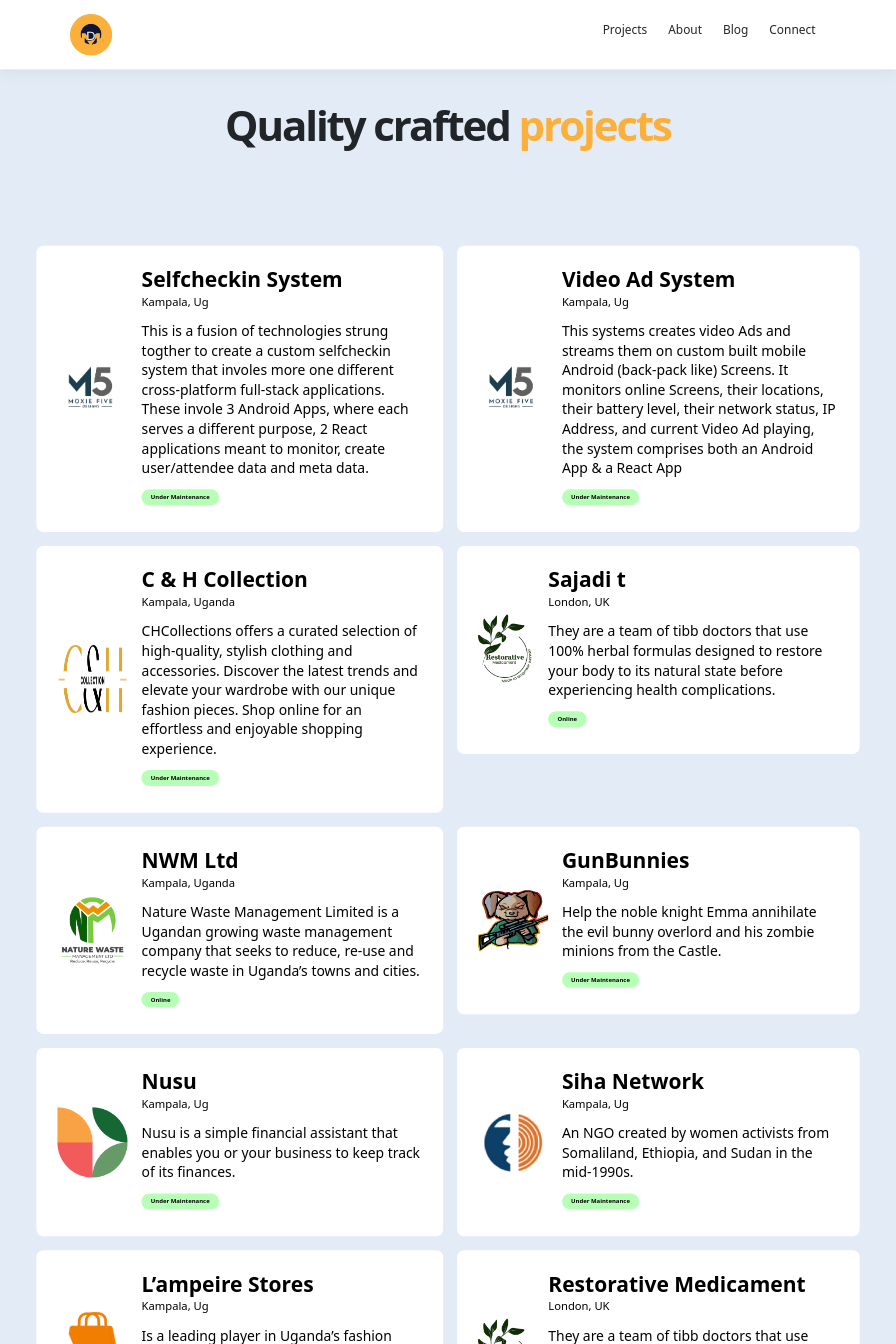
Repository: kaizoku010/firebrand
Page: /apps
These files come from the project's save history. The page is drawn as it stood at one moment and after the next save; the edit follows.
The browser window is 1280 px wide. The pictures show the part of the page from y = 0 to 1920 px (the page is 3921 px tall), at 70% of full size.
The project was rebuilt for these pictures with package versions that can differ from the ones it lists, and the page was loaded fresh each time. Also part of the build but not shown: vite.config.js, src/update/homescreen.css, src/update/homescreen.js, src/update/blog.css, src/update/blog.js, src/update/connect.css, src/update/connect.js. Imported but missing from the stored project, and not drawn on this page: src/update/about.js.

Above is the page before, as saved 2024-05-27 15:52:12.

### public/index.html
<!DOCTYPE html>
<html lang="en">
  <head>
    <meta charset="utf-8" />
    <link rel="icon" href="%PUBLIC_URL%/logo.ico" />
    <meta name="viewport" content="width=device-width, initial-scale=1" />
    <meta name="theme-color" content="#000000" />
    <meta
      name="description"
      content="Welcome to Firebrand, Home of Dixon Muneza"
    />
    <link rel="apple-touch-icon" href="%PUBLIC_URL%/logo.png" />
    <!--
      manifest.json provides metadata used when your web app is installed on a
      user's mobile device or desktop. See https://developers.google.com/web/fundamentals/web-app-manifest/
    -->
    <link rel="manifest" href="%PUBLIC_URL%/manifest.json" />
    <!--
      Notice the use of %PUBLIC_URL% in the tags above.
      It will be replaced with the URL of the `public` folder during the build.
      Only files inside the `public` folder can be referenced from the HTML.

      Unlike "/favicon.ico" or "favicon.ico", "%PUBLIC_URL%/favicon.ico" will
      work correctly both with client-side routing and a non-root public URL.
      Learn how to configure a non-root public URL by running `npm run build`.
    -->
    <title>Dixon Muneza</title>
    <!-- Global site tag (gtag.js) - Google Analytics -->
<script async src="https://www.googletagmanager.com/gtag/js?id=G-C8GX9VTJ6W"></script>
<script>
  window.dataLayer = window.dataLayer || [];
  function gtag(){dataLayer.push(arguments);}
  gtag('js', new Date());

  gtag('config', 'G-C8GX9VTJ6W');
</script>
  </head>
  <body>
    <noscript>You need to enable JavaScript to run this app.</noscript>
    <div id="root"></div>
    <!--
      This HTML file is a template.
      If you open it directly in the browser, you will see an empty page.

      You can add webfonts, meta tags, or analytics to this file.
      The build step will place the bundled scripts into the <body> tag.

      To begin the development, run `npm start` or `yarn start`.
      To create a production bundle, use `npm run build` or `yarn build`.
    -->
  </body>
</html>

### src/App.css
body {
  -webkit-font-smoothing: antialiased;
  background-color: #f3f6f8;
  margin-top: 0px;
  font-family:  ui-sans-serif,system-ui,-apple-system,BlinkMacSystemFont,Segoe UI,Roboto,Helvetica Neue,Arial,Noto Sans,sans-serif,apple color emoji,segoe ui emoji,Segoe UI Symbol,noto color emoji;
;
}

.content{
display: none !important;
}

a {
  text-decoration: none;
  color: #5747ff !important;
}

@media only screen and (max-width: 900px) {
  .holder__ {
    text-align: center;
    padding: 20px;
  }
}

.thumb-lg {
  height: 88px;
  width: 88px;
}
.profile-user-box {
  position: relative;
  border-radius: 5px;
}
.bg-custom {
  /*background-color: #02c0ce !important;  */
  background-color: #02191b !important;
  /* 02191b */
}
.profile-user-box {
  position: relative;
  border-radius: 5px;
}

.card-box {
  padding: 20px;
  position: sticky;
  border-radius: 3px;
  margin-bottom: 30px;
  z-index: 1;
  top: 0;
  background-color: #fff;
}
.inbox-widget .inbox-item img {
  width: 40px;
}

.inbox-widget .inbox-item {
  border-bottom: 1px solid #f3f6f8;
  overflow: hidden;
  padding: 10px 0;
  position: relative;
}

.inbox-widget .inbox-item .inbox-item-img {
  display: block;
  float: left;
  margin-right: 15px;
  width: 40px;
}

.inbox-widget .inbox-item img {
  width: 40px;
}

.inbox-widget .inbox-item .inbox-item-author {
  color: #313a46;
  display: block;
  margin: 0;
}

.inbox-widget .inbox-item .inbox-item-text {
  color: #98a6ad;
  display: block;
  font-size: 14px;
  margin: 0;
}

.inbox-widget .inbox-item .inbox-item-date {
  color: #98a6ad;
  font-size: 11px;
  position: absolute;
  right: 7px;
  top: 12px;
}

.comment-list .comment-box-item {
  position: relative;
}

.comment-list .comment-box-item .commnet-item-date {
  color: #98a6ad;
  font-size: 11px;
  position: absolute;
  right: 7px;
  top: 2px;
}

.comment-list .comment-box-item .commnet-item-msg {
  color: #313a46;
  display: block;
  margin: 10px 0;
  font-weight: 400;
  font-size: 15px;
  line-height: 24px;
}

.comment-list .comment-box-item .commnet-item-user {
  color: #98a6ad;
  display: block;
  font-size: 14px;
  margin: 0;
}

.comment-list a + a {
  margin-top: 15px;
  display: block;
}

.ribbon-box .ribbon-primary {
  background: #2d7bf4;
}

.ribbon-box .ribbon {
  position: relative;
  float: left;
  clear: both;
  padding: 5px 12px 5px 12px;
  margin-left: -30px;
  margin-bottom: 15px;
  font-family: Rubik, sans-serif;
  -webkit-box-shadow: 2px 5px 10px rgba(49, 58, 70, 0.15);
  -o-box-shadow: 2px 5px 10px rgba(49, 58, 70, 0.15);
  box-shadow: 2px 5px 10px rgba(49, 58, 70, 0.15);
  color: #fff;
  font-size: 13px;
}
.text-custom {
  color: #949797 !important;
}

.badge-custom {
  background: #02c0ce;
  color: #fff;
}
.badge {
  font-family: Rubik, sans-serif;
  -webkit-box-shadow: 0 0 24px 0 rgba(0, 0, 0, 0.06),
    0 1px 0 0 rgba(0, 0, 0, 0.02);
  box-shadow: 0 0 24px 0 rgba(0, 0, 0, 0.06), 0 1px 0 0 rgba(0, 0, 0, 0.02);
  padding: 0.35em 0.5em;
  font-weight: 500;
}
.text-muted {
  color: #98a6ad !important;
}
project_list
.font-13 {
  font-size: 13px !important;
}

.fire-text {
  text-align: justify;
}

@media screen and (max-width: 800px) {
  .card-box {
    padding: 20px !important;
    position: sticky;
    border-radius: 3px;
    margin-bottom: 30px;
    z-index: 1;
    top: 0;
    background-color: #fff;
  }
}


.main-color{
  color: #fbb03b;
}

### src/update/header.css
header_div {
    padding: 0;
    margin: 0;
    box-sizing: border-box;
    font-family: sans-serif;
    text-decoration: none;
    list-style: none;
  }


  .name_logo{
    display:none;
  }

  .header {
    position: sticky;
    top: 0;
    grid-area: header;
    width: 100%;
    box-shadow: 0 4px 20px hsla(207, 24%, 35%, 0.1);
    background-color: white;
    z-index: 2;
  }

  .email-ic{
    width:38px;
  }

  nav {
    display: flex;
    justify-content: space-between;
    align-items: center;
    padding: 20px 100px;
  }

  .logo a {
    font-size: 24px;
    font-weight: bold;
    color: #fff;
  }

  .logo a span {
    color: #8739fa;
  }


  .menu {
    display: flex;
    list-style:none;
    justify-content: center;
    align-items: center;
  }

  .menu a {
    display: block;
    padding: 7px 15px;
    font-size: 17px;
    font-weight: 500;
    transition: 0.2s all ease-in-out;
    color: #fff;
  }

  .menu:hover a {
    opacity: 0.4;
  }

  .menu a:hover {
    opacity: 1;
    color: #fff;
  }

  .menu-icon {
    display: none;
  }

  #menu-toggle {
    display: none;
  }

  #menu-toggle:checked ~ .menu {
    transform: scale(1, 1);
  }

  @media only screen and (max-width: 950px) {
    .menu {
      flex-direction: column;
      background-color: white;
      align-items: start;
      position: absolute;
      top: 82px;
      left: 0;
      width: 100%;
      z-index: 1;
      padding-left: 10px;
      transform: scale(1, 0);
      transform-origin: top;
      transition: transform 0.3s ease-in-out;
      box-shadow: rgba(0, 0, 0, 0.15) 1.95px 1.95px 2.6px;
    }

    nav {
      display: flex;
      justify-content: space-between;
      align-items: center;
      padding: 18px 30px;
  }

    .name_logo{
        display:none;
      }

    .menu a {
      margin-left: 12px;
    }

    .menu li {
      margin-bottom: 10px;
    }

    .menu-icon {
      display: block;
      color: black;
      font-size: 28px;
      cursor: pointer;
    }
    /* my logo */

  .fireband-logo{
    width: 50px !important;

  }
  }



  .fireband-logo{
    width: 60px;
  }


  .header a {
    color:#212529 !important
      }
    .header a:hover {
        color:#fbb03b !important;
    }

### src/update/appsPage.css
.appsHolder {
  background-color: #e3ecf6 !important;
  padding-right: 1.5em;
  padding-left: 1.5em;
}

.appsHeading {
  text-align: center;
  font-size: 3.75em;
  line-height: 1;
  margin-bottom: 4rem;
  font-weight: 700;
  letter-spacing: -0.05em !important;
  padding: 50px;
}

.sites-holder {
  place-content: center !important;
}

.apps-span {
  color: #fbb03b;
}

.sites {
  display: flex;
  gap: 50px;
  place-content: center !important;
}

.top-element:hover {
  box-shadow: 0 4px 8px 0 rgba(0, 0, 0, 0.2), 0 4px 20px 0 rgba(0, 0, 0, 0);
  transition: 0.75rem;
}

.top-element {
  cursor: pointer;
  width: -moz-fit-content;
  width: fit-content;
  background-color: white;
  display: flex;

  padding: 30px;
  border-radius: 10px;
  flex-direction: row;
}

.site-title {
  font-size: 1.875rem;
  line-height: 2.25rem;
  color: black;
  font-weight: 700;
  margin-bottom: 0.125rem;
}

.site-title:hover {
  color: #f2b44d;
}

.site-logo {
  width: 100px;
  align-self: center;
  height: 100px;
  border-radius: 0px;
}

.site-text-holder {
  display: flex;
  padding-left: 20px;
  flex-direction: column;
}

.site-desc {
  font-size: 1.24rem;
  font-weight: 400;
  color:black !important;
  line-height: 1.75rem;
}
.chip{
  background-color: rgb(127 255 127 / 56%) !important;

}

.chip-layout {
  display: flex;
  gap: 12px;
}
.sites-list {
  display: grid;
  grid-template-columns: repeat(2, auto);
  grid-template-rows: auto;
  padding: 1%;
  gap: 20px;
  list-style-type: none;
  margin: 1rem;
  height: -webkit-max-content;
  height: max-content;
}

/* mobile view */



@media only screen and (max-width: 950px) {
  .sites-list {
    display: grid;
    grid-template-columns: repeat(1, auto);
    grid-template-rows: auto;
    padding: 1%;
    gap: 10px;
    list-style-type: none;
    margin: 1rem;
    height: -webkit-max-content;
    height: max-content;
  }
  .site-title:hover {
    color: #f2b44d;
  }

  .appsHolder {
    background-color: #e3ecf6 !important;
    padding-right: 0.5em;
    padding-left: 0.5em;
  }

  .site-logo {
    /* width: 100%; */
    align-self: center;
    margin-left: 20px !important;
    height: 100px;
    border-radius: 0px;
  }

  .appsHeading {
    text-align: center;
    font-size: 3.75em;
    line-height: 1;
    padding: 24px !important;
    text-align: justify !important;
    margin-bottom: 0rem !important;
    font-weight: 700;
    letter-spacing: -0.05em !important;
    padding: 50px;
  }

  .top-element {
    cursor: pointer;
    width: -moz-fit-content;
    width: fit-content;
    display: block !important;
    background-color: white;
    padding: 30px;
    border-radius: 10px;
    flex-direction: row;
  }
}

.link-list {
  color: black;
  text-decoration: none !important;
}

a{
  color: black;
  text-decoration: none !important;
}

p{
  color: black !important;
}

### src/dataPoint/AllProjects.js
import misstintedLogo from '../img/mt.png'
import fireman from '../img/shya.jpg'
import NusuLogo from '../img/nusu.png'
import IMager from "../img/bc_ic.png";
import GBunnies from '../img/gbunnies.png'
import NwmLogo from '../img/nwmLogo.png'
import Shiha from '../img/shiha.png'
import Lamp from '../img/lamp2.png'
import Gram from '../img/gram.jpg';
import VoxP from '../img/vox.png'
import Willapp from '../img/william.png'
import MDP from '../img/mdp.png'
import NGR from '../img/ngb.png'
import Motoka from '../img/motoka.png'
import AkibaIc from '../img/akiba.png'
import Medica from '../img/medica.png'
import MX5 from "../img/logo-png.png"
import CH from "../img/ch.png"


export default {
  // headings shld be #5747ff
  allProjects: [

    {
      id: '145',
      title: "Selfcheckin System",
      techStacks: ["Under Maintenance"],
      textColor: 'lightBlue',
      location: 'Kampala, Ug',
       desc: 'This is a fusion of technologies strung togther to create a custom selfcheckin system that involes more one different cross-platform full-stack applications. These invole 3 Android Apps, where each serves a different purpose, 2 React applications meant to monitor, create user/attendee data and meta data.',
      icon: MX5,
      link: 'https://eventform-two.vercel.app/'

  },

    {
      id: '145',
      title: "Video Ad System",
      techStacks: ["Under Maintenance"],
      textColor: 'lightBlue',
      location: 'Kampala, Ug',
       desc: ' This systems creates video Ads and streams them on custom built mobile Android (back-pack like) Screens. It monitors online Screens, their locations, their battery level, their network status, IP Address, and current Video Ad playing, the system comprises both an Android App & a React App',
      icon: MX5,
      link: 'https://moxie5screen.vercel.app/'

  },

  {
    id: '4',
    title: 'C & H Collection',
    techStacks: ["Under Maintenance"],
    backgroundColor: 'white',
    textColor: 'red',
    location: 'Kampala, Uganda',
    desc: 'CHCollections offers a curated selection of high-quality, stylish clothing and accessories. Discover the latest trends and elevate your wardrobe with our unique fashion pieces. Shop online for an effortless and enjoyable shopping experience.',
    icon: CH,
   link: 'https://chcollections.ug/'
  },

  {
    id: '342',
    title: 'Sajadi t',
    techStacks: ["Online"],
    location: 'London, UK',
    desc: "They are a team of tibb doctors that use 100% herbal formulas designed to restore your body to its natural state before experiencing health complications.",
    icon: Medica,
    link: 'http://sajadi.ug/',
  },
  {
    id: '4',
    title: 'NWM Ltd',
    techStacks: ["Online"],
    backgroundColor: 'white',
    textColor: 'red',
    location: 'Kampala, Uganda',
    desc: 'Nature Waste Management Limited is a Ugandan growing waste management company that seeks to reduce, re-use and recycle waste in Uganda’s towns and cities.',
    icon: NwmLogo,
   link: 'http://naturewasteug.com/'
  },

    {
      id: '445',
      title: "GunBunnies",
      techStacks: ["Under Maintenance"],
      textColor: 'lightBlue',
      location: 'Kampala, Ug',
       desc: 'Help the noble knight Emma annihilate the evil bunny overlord and his zombie minions from the Castle.',
      icon: GBunnies,
      // link: 'https://play.google.com/store/apps/details?id=com.xoGames.GunsBunnies'

  },

    {
      id: '465',
      title: "Nusu",
      techStacks: ["Under Maintenance"],
      textColor: 'lightBlue',
      location: 'Kampala, Ug',
      desc: 'Nusu is a simple financial assistant that enables you or your business to keep track of its finances.',
      icon: NusuLogo,
      // link: 'https://play.google.com/store/apps/details?id=com.digitalminds.android.nusu'

  },
    {
      id: '17',
      title: 'Siha Network',
      backgroundColor: 'white',
      techStacks: ["Under Maintenance"],
      textColor: 'lightBlue',
      location: 'Kampala, Ug',
      desc: 'An NGO created by women activists from Somaliland, Ethiopia, and Sudan in the mid-1990s.',
      icon: Shiha,
      // link: 'https://lampeire.com/'
    },
    {
      id: '7',
      title: 'L’ampeire Stores',
      backgroundColor: 'Orange',
      techStacks: ["Under Maintenance"],
      textColor: 'white',
      location: 'Kampala, Ug',
      desc: 'Is a leading player in Uganda’s fashion industry, they are more of an experimental workshop of ideas.',
      icon: Lamp,
      // link: 'https://lampeire.com/'
    },
    {
      id: '332',
      title: 'Restorative Medicament',
      techStacks: ["Online"],
      location: 'London, UK',
      desc: "They are a team of tibb doctors that use 100% herbal formulas designed to restore your body to its natural state before experiencing health complications.",
      icon: Medica,
      link: 'https://www.restorativemedicament.com/',
    },

    {
      id: '3t2',
      title: 'Akibahub',
      techStacks: ["Online"],
      backgroundColor: 'red',
      desc: 'A digital platform that provies a brigde for the African creators/manufacturers to connect with the USA market.',
      icon: AkibaIc,
      location: 'USA',
      textColor: 'white',
      // link: 'https://akibahub.com/'
    },
    {
      id: '23',
      title: 'GrammarHolic',
      backgroundColor: 'white',
      techStacks: ["Online"],
      textColor: 'black',
      location: 'London, UK',
      desc: 'The ultimate life hack for all your content writing needs. Elevate your writing game with our comprehensive range of services.',
      icon: Gram,
      // link: 'https://www.grammarholic.com/'
    },
    {
      id: '1',
      title: 'BC HealthCare Services',
      desc: 'This is a physiotherapy institute thats provides exceptional care and health care services in Uganda.',
      icon: IMager,
      techStacks: ["Under Maintenance"],
      location: 'Kampala, Uganda',
      backgroundColor: 'white',
      //506cef
      location: 'Kampala, Uganda',

      textColor: 'black',
      // link: 'http://bchealthcareug.com/'
    },

    {
      id: '2',
      location: 'Kampala, Uganda',
      title: 'Vox Pupli',
      techStacks: ["Online"],
      backgroundColor: 'white',
      textColor: 'black',
      desc: 'They are a  publisher and platform, happy to identify their selves as a platform that fosters public debate on issues that we consider the most important for our generation.',
      icon: VoxP,
      link: 'https://voxpopuli.ug/'
    },
    {
      id: '42',
      location: 'Kampala, Uganda',
      title: 'Willapps Ug',
      backgroundColor: 'white',
      techStacks: ["Under Maintenance"],
      textColor: 'black',
      desc: 'With over 5 years of hands on experience in the digital space in Uganda, Willapps has grown to become a go to provider of IT solutions.',
      icon: Willapp,
      // link: 'https://willappsug.com/'
    },
    {
      id: '3',
      backgroundColor: 'white',
      textColor: 'red',
      location: 'London, UK',
      techStacks: ["Under Maintenance"],
      title: 'MissTinted',
      desc: 'People buy products that make them feel amazing, and at TINTEDS they offer some of the most incredibly useful products.',
      icon: misstintedLogo,
      // link: 'http://misstinted.com/'
    },

    {
      id: '6',
      title: 'MDP ARCHITECTURE SARL',
      backgroundColor: 'white',
      techStacks: ["Under Maintenance"],
      textColor: 'black',
      location: 'Kigali, Rwanda',
      desc: 'Nous sommes un bureau d’architecture dont les activités sont axées principalement sur la prestation de services adéquats de conception en appui à nos clients dans la planification et la mise en œuvre.',
      icon: MDP,
      link: 'http://mdparchitecture.com/'
    },

    {
      id: '8',
      title: 'National Gaming Board',
      desc: 'The National Lotteries and Gaming Regulatory Board Uganda (NLGRB) is a body corporate established under the Lotteries and Gaming Act No. 7 of 2016 which came into effect on 8th April 2016.',
      icon: NGR,
      location: 'Kampala, Uganda',
      techStacks: ["Online"],
      backgroundColor: 'white',
      textColor: 'black',
      link: 'https://lgrb.go.ug/'
    },
    {
      id: '9',
      title: 'Wuzi-Africa',
      backgroundColor: 'white',
      techStacks: ["Online"],
      location: 'Stockholm, Sweden',
      textColor: 'black',
      desc: 'From West Nile to Kabale, Moroto to Tororo, dedicated creative communities will be creating bold fabrics and designer garments from recycled old clothes collected across Uganda.',
      icon: fireman,
      link: 'https://wuzi-app.firebaseapp.com/'
    },
    {
      id: '10',
      techStacks: ["Under Maintenance"],
      title: 'Motoka Ads',
      backgroundColor: 'white',
      location: 'Kampala, Uganda',
      textColor: 'red',
      desc: 'Motokads is a multi-vendor car dealer platform based in Uganda that provides and act as a bridge between Car dealers and buyers.',
      icon: Motoka,
      // link: 'https://wuzi-app.firebaseapp.com/'
    }
  ]
}

### src/update/footer.css
.site-footer
{
  position: relative;
  background-color:#f0f2f4e4;
  padding:45px 0 20px;
  font-size:15px;
  line-height:24px;
  color:#737373;
}

.row{
  align-items: center !important;
}

.facebook{
    width: 30px;
}
.site-footer hr
{
  border-top-color:#bbb;
  opacity:0.5
}
.site-footer hr.small
{
  margin:20px 0
}
.site-footer h6
{
  color:#fff;
  font-size:16px;
  text-transform:uppercase;
  margin-top:5px;
  letter-spacing:2px
}
.site-footer a
{
  color:#737373;
}
.site-footer a:hover
{
  color:#3366cc;
  text-decoration:none;
}
.footer-links
{
  padding-left:0;
  list-style:none
}
.footer-links li
{
  display:block
}
.footer-links a
{
  color:#737373
}
.footer-links a:active,.footer-links a:focus,.footer-links a:hover
{
  color:#3366cc;
  text-decoration:none;
}
.footer-links.inline li
{
  display:inline-block
}
.site-footer .social-icons
{
  text-align:right
}
.site-footer .social-icons a
{
  width:40px;
  height:40px;
  line-height:40px;
  margin-left:6px;
  margin-right:0;
  border-radius:100%;
}
.copyright-text
{
  margin:0
}
@media (max-width:991px)
{
  .site-footer [class^=col-]
  {
    margin-bottom:30px
  }
}
@media (max-width:767px)
{

  .copyright-text{
    margin:10px;
  }
  .site-footer
  {
    padding-bottom:0
  }
  .site-footer .copyright-text,.site-footer .social-icons
  {
    text-align:center
  }
}
.social-icons
{
  padding-left:0;
  margin-bottom:0;
  list-style:none
}
.social-icons li
{
  display:inline-block;
  margin-bottom:4px
}
.social-icons li.title
{
  margin-right:15px;
  text-transform:uppercase;
  color:#96a2b2;
  font-weight:700;
  font-size:13px
}
.social-icons a{
  background-color:#eceeef;
  color:#818a91;
  font-size:16px;
  display:inline-block;
  line-height:44px;
  width:44px;
  height:44px;
  text-align:center;
  margin-right:8px;
  border-radius:100%;
  -webkit-transition:all .2s linear;
  -o-transition:all .2s linear;
  transition:all .2s linear
}
.social-icons a:active,.social-icons a:focus,.social-icons a:hover
{
  color:#fff;
  background-color:#ebebeb
}
.social-icons.size-sm a
{
  line-height:34px;
  height:34px;
  width:34px;
  font-size:14px
}
.social-icons a.facebook:hover
{
  background-color:#e7e9e9
}
.social-icons a.twitter:hover
{
  background-color:#00aced
}
.social-icons a.linkedin:hover
{
  background-color:#007bb6
}
.social-icons a.dribbble:hover
{
  background-color:#ea4c89
}
@media (max-width:767px)
{
  .social-icons li.title
  {
    display:block;
    margin-right:0;
    font-weight:600
  }
}

### src/components/chips.css
.chip{
    background-color: rgb(127, 217, 255);
    width: -moz-fit-content;
    width: fit-content;

    border-radius: 20px;
}

.chip-text {
    padding: 5px;
    font-weight: 700;
    font-size: 8.5px;
    margin: 8px;
}

Loaded but not shown: src/index.js (common file); src/index.css (common file); src/reportWebVitals.js (common file); src/update/appsPage.js (57 lines, source omitted); src/update/footer.js (37 lines, source omitted); src/App.js (35 lines, source omitted); src/update/header.js (28 lines, source omitted); src/components/chips.js (16 lines, source omitted); src/update/homescreen.css (no copy from this time; the picture is the same without it)

After the next save:
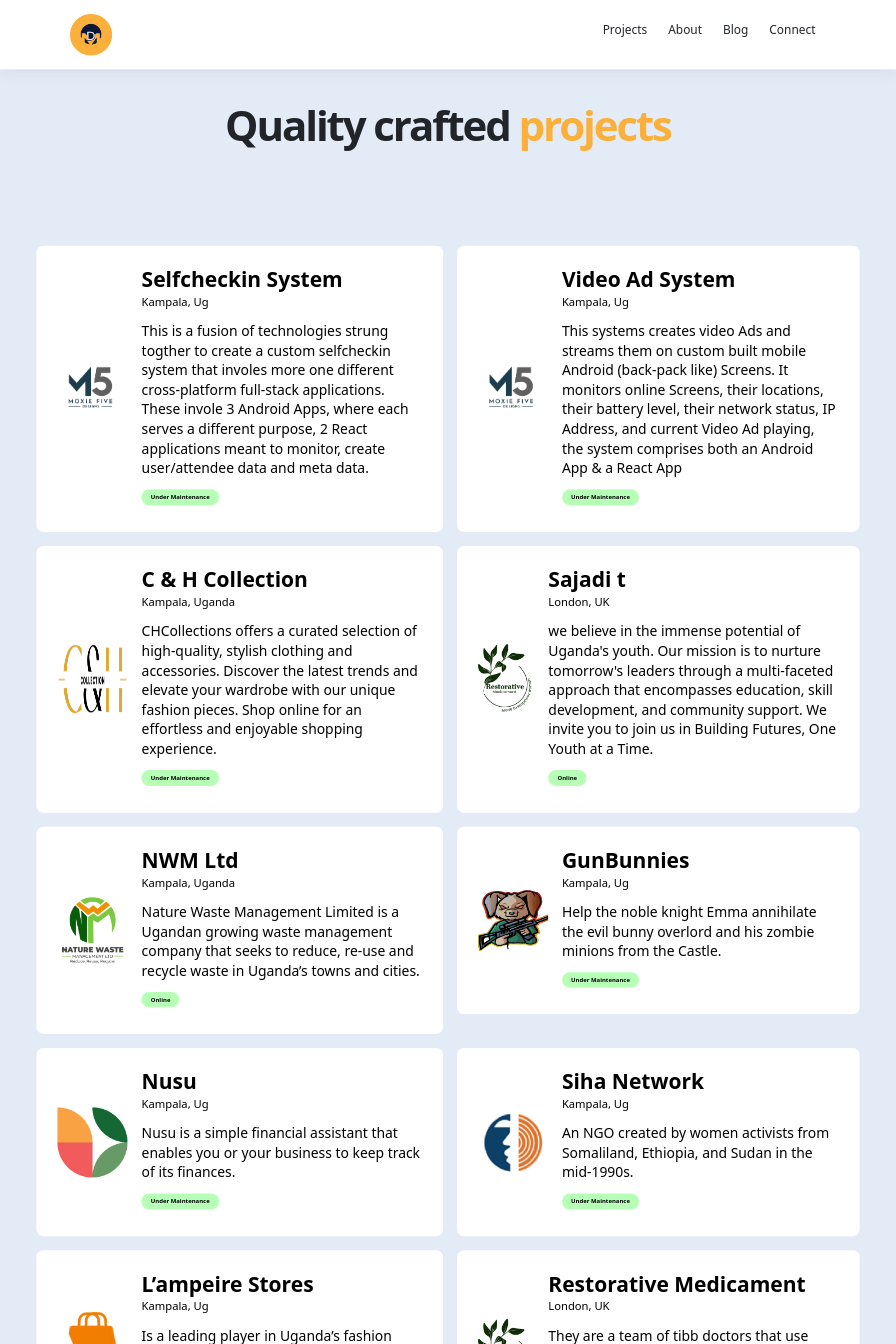
Saved 15 s later.
--- a/src/dataPoint/AllProjects.js
+++ b/src/dataPoint/AllProjects.js
@@ -63,7 +63,7 @@
     title: 'Sajadi t',
     techStacks: ["Online"],
     location: 'London, UK',
-    desc: "They are a team of tibb doctors that use 100% herbal formulas designed to restore your body to its natural state before experiencing health complications.",
+    desc: "we believe in the immense potential of Uganda's youth. Our mission is to nurture tomorrow's leaders through a multi-faceted approach that encompasses education, skill development, and community support. We invite you to join us in Building Futures, One Youth at a Time.",
     icon: Medica,
     link: 'http://sajadi.ug/',
   },
